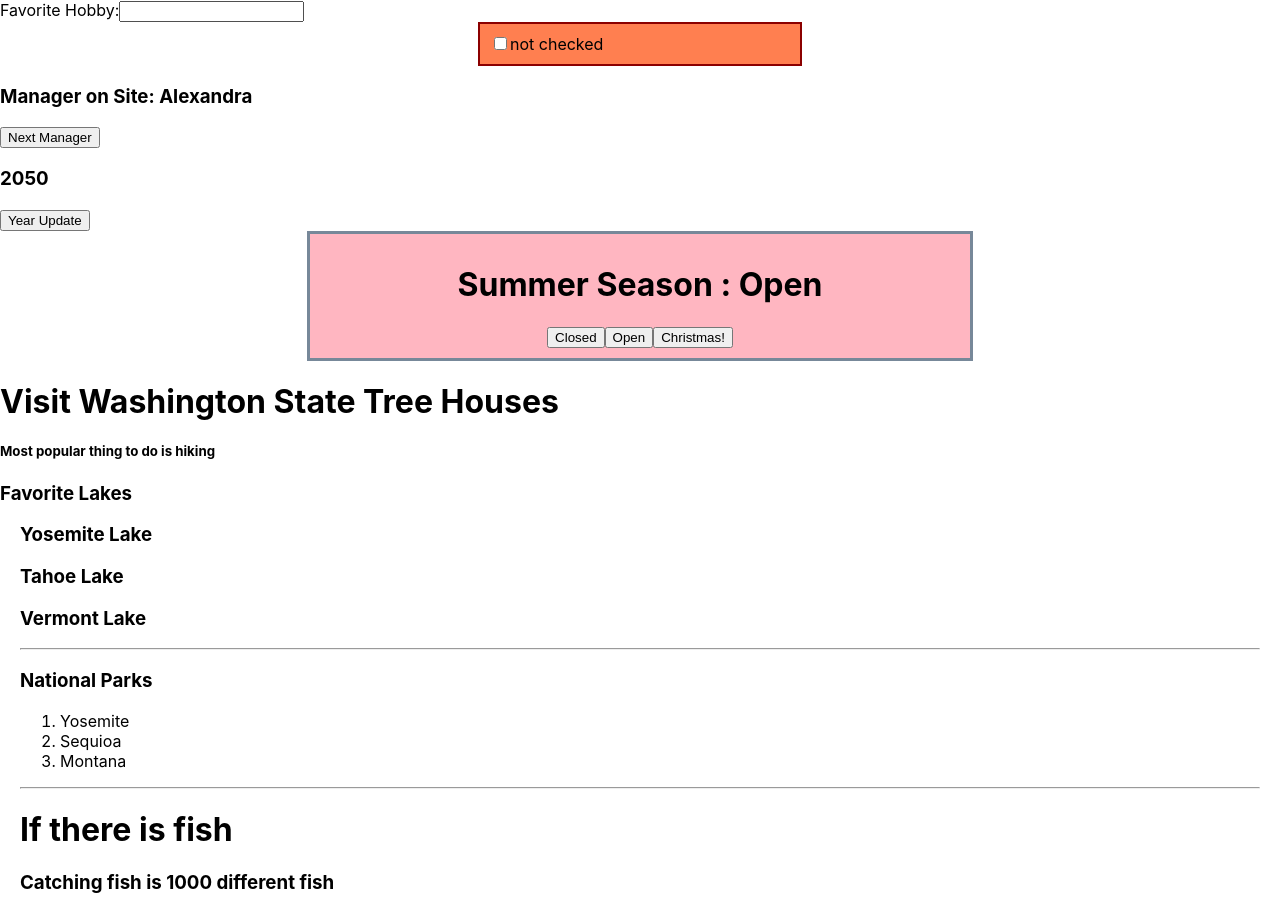
Repository: CaptainStorm21/intro-react-hooks
Page: /
The author's editor kept a copy of each file at every save. The page is drawn from the files as they stood at one save, then again after a run of saves.
The browser window is 1280 px wide. The pictures show the whole page.
The project was rebuilt for these pictures with package versions that can differ from the ones it lists, and the page was loaded fresh each time. Also part of the build but not shown: src/App.css.

Above is the page before, as saved 2020-05-27 21:58:03.

After the next 2 saves:
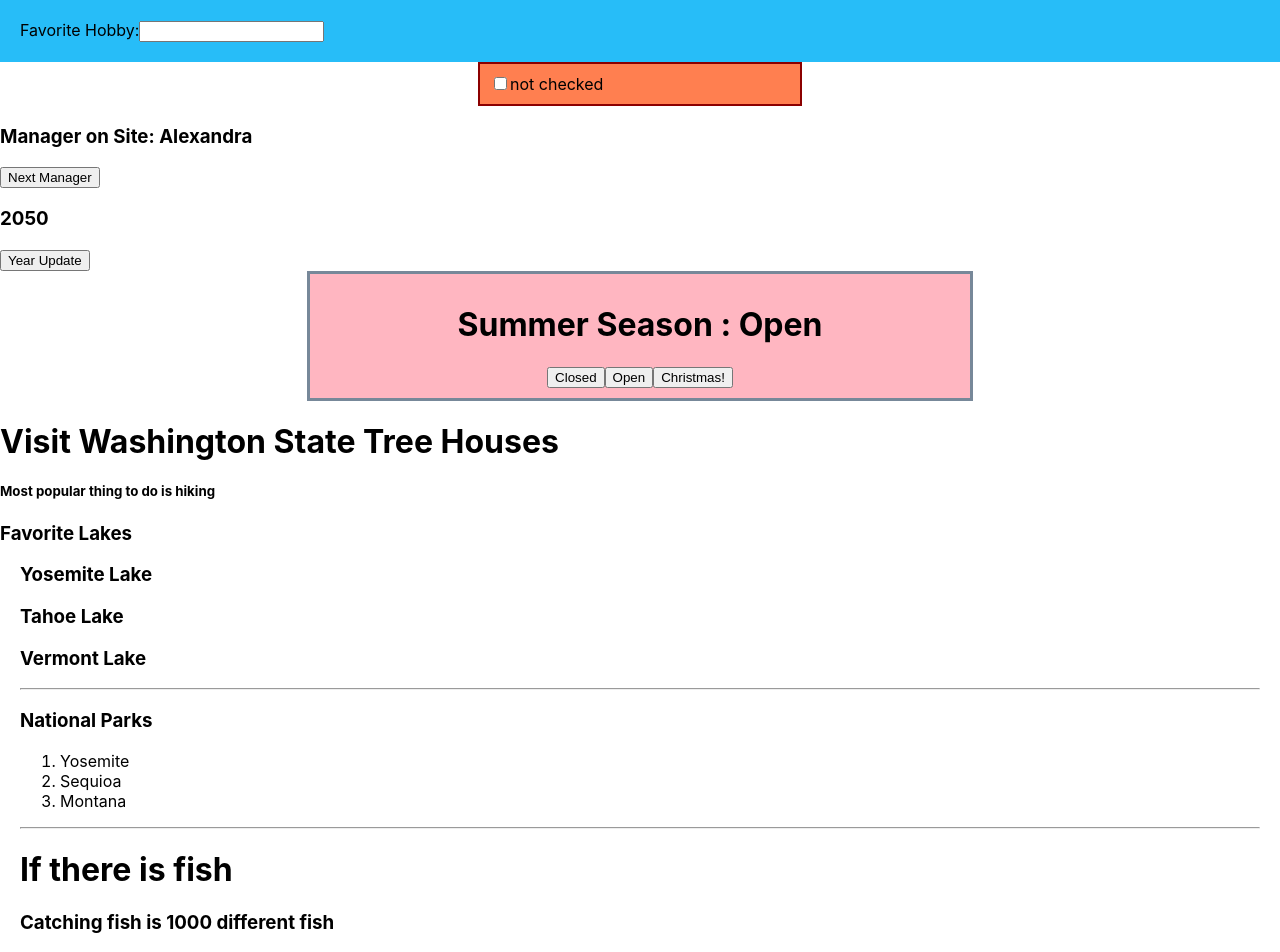
The 2 saves are shown as one change because they came seconds apart.
The last was saved 13 s later.
--- a/src/index.css
+++ b/src/index.css
@@ -27,8 +27,10 @@ code {
 }
 
 .blue-div{
-  background-color: rgb(39, 189, 248)
+  background-color: rgb(39, 189, 248);
+  margin: 0 auto;
   padding: 20px;
+
 
 }
 
